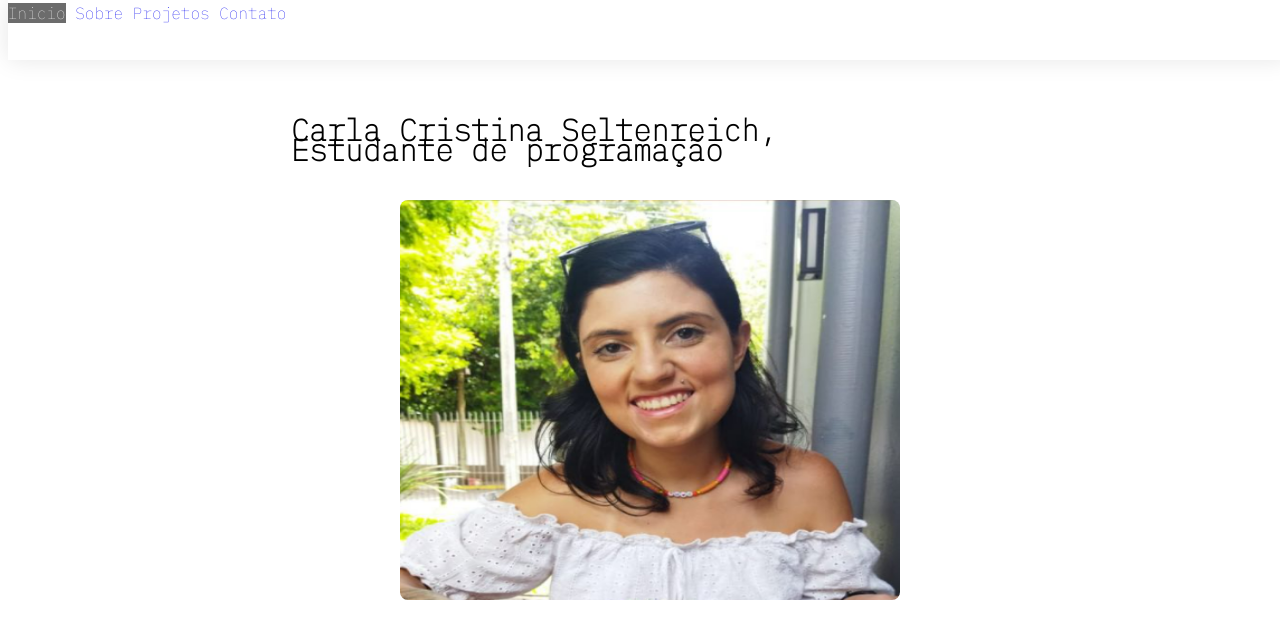
Repository: carla-seltenreich/portfolio
Page: index.html
These files come from the project's save history. The page is drawn as it stood at one moment and after the next save; the edit follows.
The browser window is 1280 px wide. The pictures show the whole page.

Above is the page before, as saved 2022-05-23 17:21:50.

### index.html
<!DOCTYPE html>
<html lang="en">
<head>
    <meta charset="UTF-8">
    <meta http-equiv="X-UA-Compatible" content="IE=edge">
    <meta name="viewport" content="width=device-width, initial-scale=1.0">
    <title>Carla Cristina Seltenreich</title>
    <link rel="preconnect" href="https://fonts.googleapis.com">
    <link rel="preconnect" href="https://fonts.gstatic.com" crossorigin>
    <link rel="stylesheet" href="style.css">

    <link href="preconnect" href="https://fonts.googleapis.com">
    <link rel="preconnect" href="https://fonts.gstatic.com" crossorigin>
    <link href="https://fonts.googleapis.com/css2?family=IBM+Plex+Mono:wght@100&family=Questrial&display=swap" rel="stylesheet">
</head>
<body>
    <header class="header">
        <div class="container">
            <ul class="nav">
                <li>
                    <a href="index.html" class="active">Inicio</a>
                </li>
                <li>
                    <a href="about.html">Sobre</a>
                </li>
                <li>
                    <a href="project.html">Projetos</a>
                </li>
                <li>
                    <a href="contact.html">Contato</a>
                </li>
            </ul>
        </div>
<div class="name">
    <h1 class="name-title">
        Carla Cristina Seltenreich, Estudante de programação
    </h1> </div>
    </header>
    <section class="banner">
        <img class="photo-banner" src="carla.png">

    </section>

</body>
</html>

### style.css
body {
    font-family: 'IBM Plex Mono';
    font-style: normal;
}

.header {
    height: 60px;
    background: #fff;
    position: fixed;
    width: 100%;
    top: 0;
    z-index: 1;
    box-shadow: 0 0 25px rgba(0, 0, 0, 0.1);
}

.container {
    box-sizing: border-box;
    position: absolute;
    left: 0%;
    right: 0%;
    top: 5.26%;
    bottom: 0%;
}

.nav {
    margin: 0;
    padding: 0;
    list-style: none;
}

.nav li {
    display: inline-block;
}

.nav a {
    display: block;
    text-decoration: none;
}

.nav a:hover {
    color: #6C6C6C;
}

.nav a.active {
    color: #fff;
    background: #6C6C6C;
}

.name-title {
    position: absolute;
    width: 600px;
    height: 57px;
    left: 283px;
    top: 100px;
    font-weight: 100px;
    font-size: 30px;
    line-height: 20px;




}

.banner {

}

.photo-banner {
    position: absolute;
    width: 500px;
    height: 400px;
    left: 400px;
    top: 200px;
    border-radius: 8px;
}

After the next save:
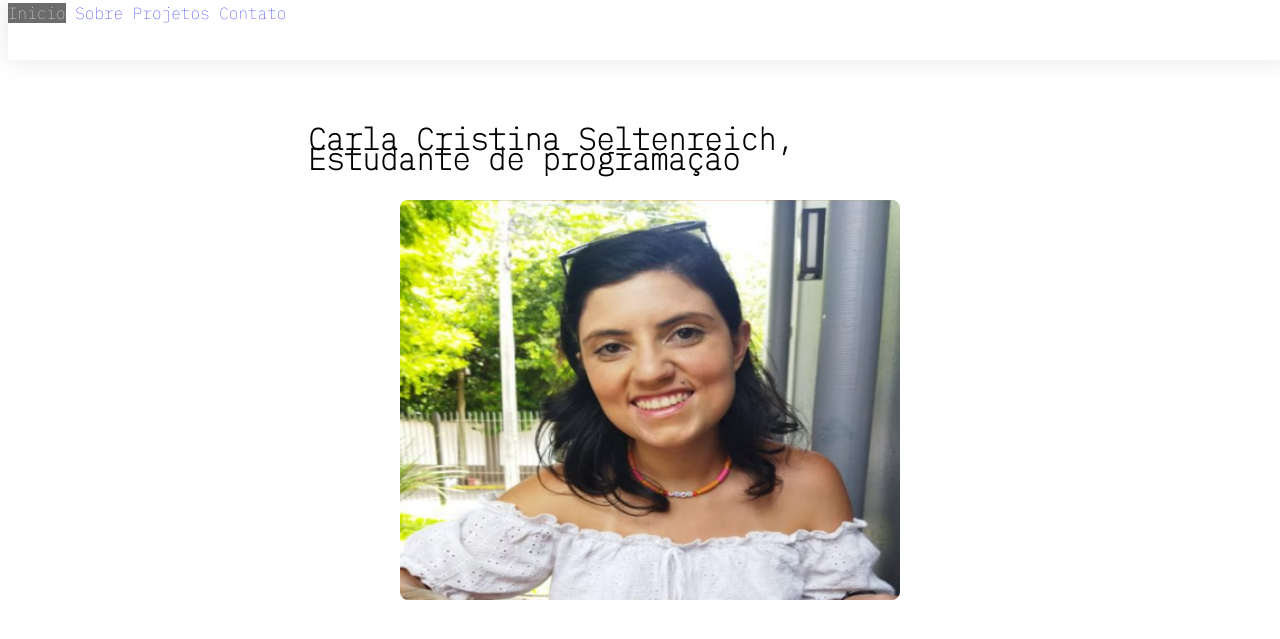
Saved 74 s later.
--- a/style.css
+++ b/style.css
@@ -50,13 +50,13 @@ body {
     position: absolute;
     width: 600px;
     height: 57px;
-    left: 283px;
+    left: 300px;
     top: 100px;
     font-weight: 100px;
     font-size: 30px;
     line-height: 20px;
-
-
+    display: flex;
+    align-items: center;
 
 
 }
